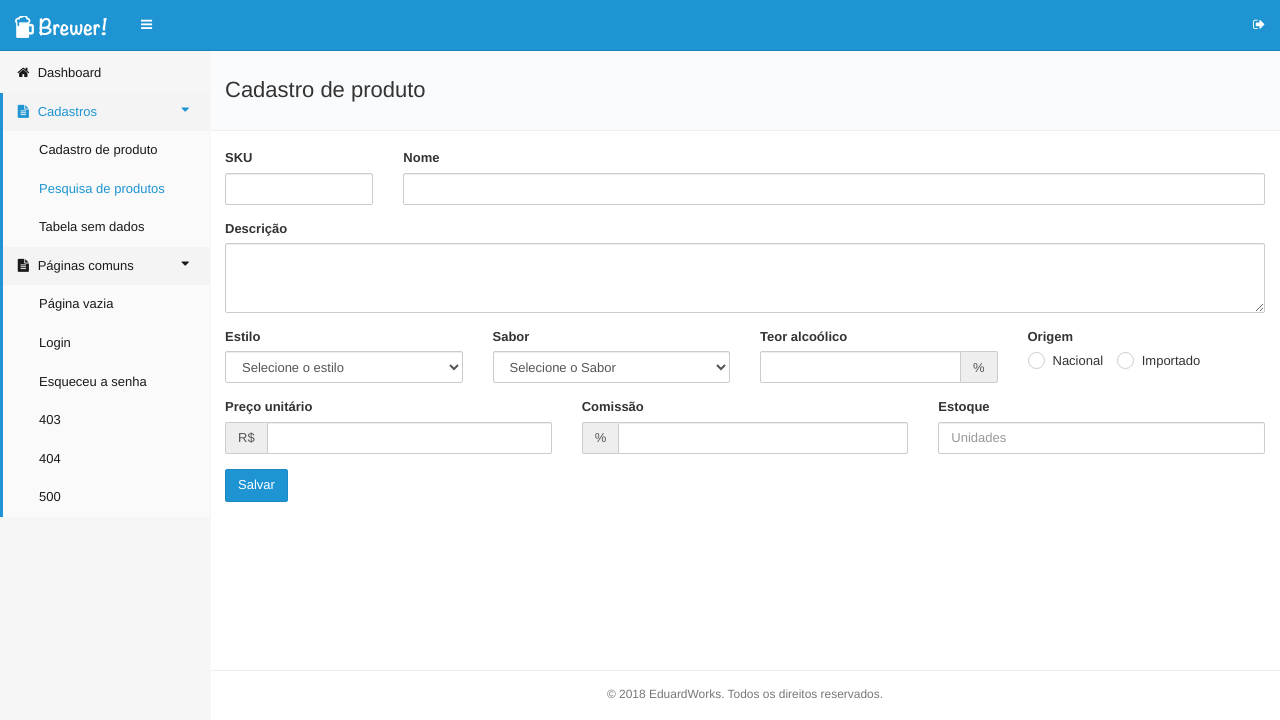
Repository: dumuller/spring-expert
Page: http://localhost/cerveja/CadastroCerveja
The author's editor kept a copy of each file at every save. The page is drawn from the files as they stood at one save, then again after the next save.
The browser window is 1280 px wide. The pictures show the whole page.
The page is this project's Thymeleaf template; nobody is signed in. The template is opened directly, without the code that normally fills it, so the values that code supplies are empty.

Above is the page before, as saved 2018-12-10 16:57:20.

After the next save:
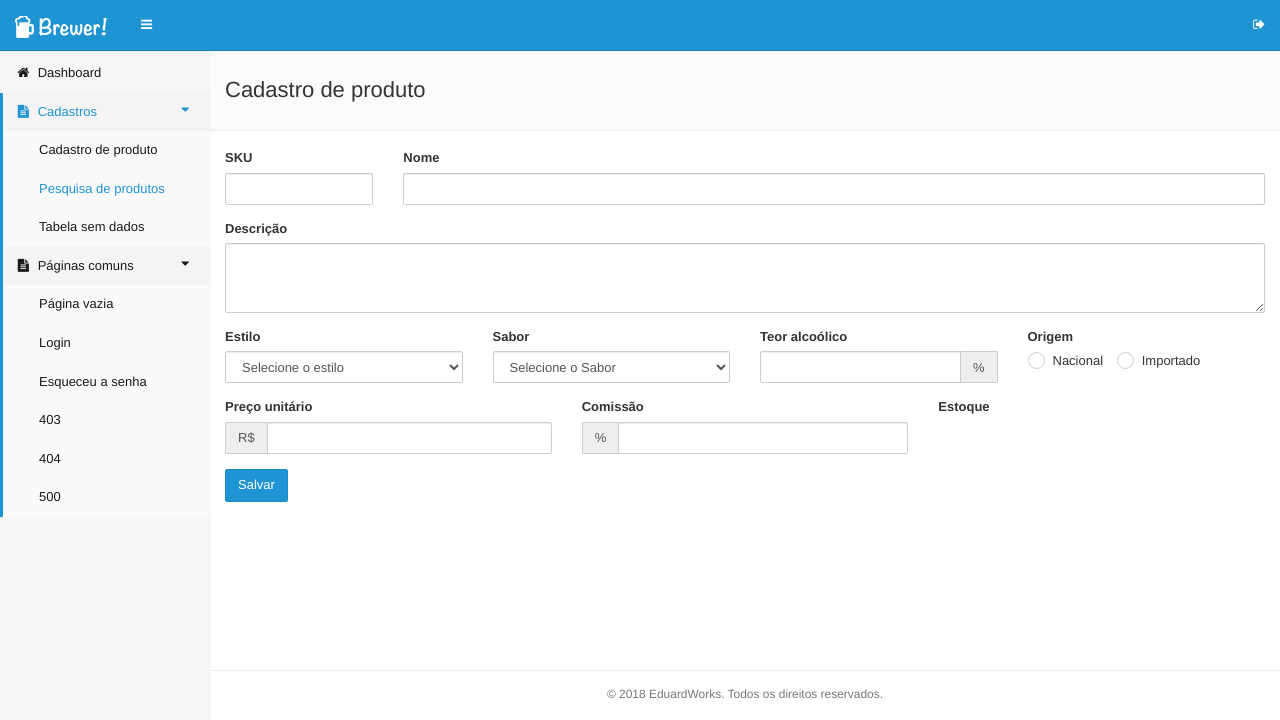
Saved 7 s later.
--- a/brewer/src/main/resources/templates/cerveja/CadastroCerveja.html
+++ b/brewer/src/main/resources/templates/cerveja/CadastroCerveja.html
@@ -203,7 +203,6 @@
 					<div class="col-sm-4">
 						<div class="form-group">
 							<label for="estoque">Estoque</label>
-							<input id="input-produto-estoque" type="text" class="form-control" placeholder="Unidades"/>
 						</div>
 					</div>
 				</div>
